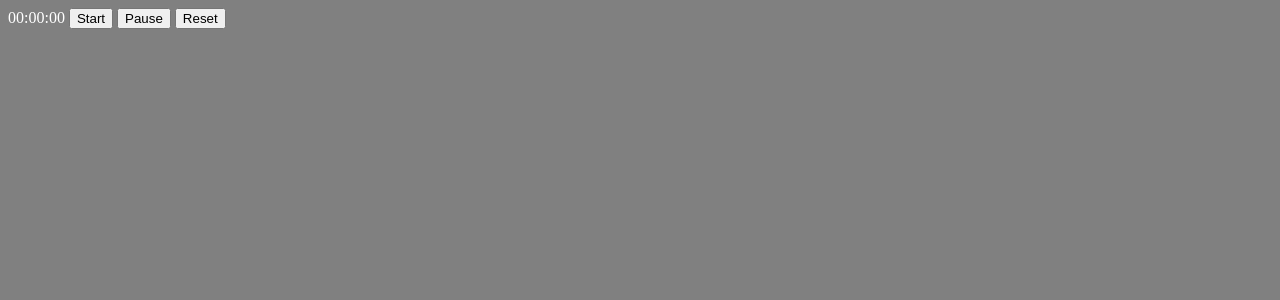
Repository: albinsabu2023/Stopwatch-program
Page: index.html
The author's editor kept a copy of each file at every save. The page is drawn from the files as they stood at one save, then again after the next save.
The browser window is 1280 px wide. The pictures show the whole page.

Above is the page before, as saved 2023-03-03 23:08:57.

### index.html
<!DOCTYPE html>

<head>
    <meta charset="UTF-8">
    <meta http-equiv="X-UA-Compatible" content="IE=edge">
    <meta name="viewport" content="width=device-width, initial-scale=1.0">
    <link rel="stylesheet" href="style.css">
    <title>Document</title>
</head>
<body>
    <div class="container">
        <label id="time">00:00:00</label>
        <button id="start">Start</button>
        <button id="pause">Pause</button>
        <button id="reset">Reset</button>
    </div>
    <script src="index.js"></script>
</body>
</html>

### style.css
body{
color:white;
background-color: gray;
}

#canvas{
    border:1px solid black;
    background-color: white;
    margin: 40px;

}

Loaded but not shown: index.js (no stored copy; drawn as an empty file)

After the next save:
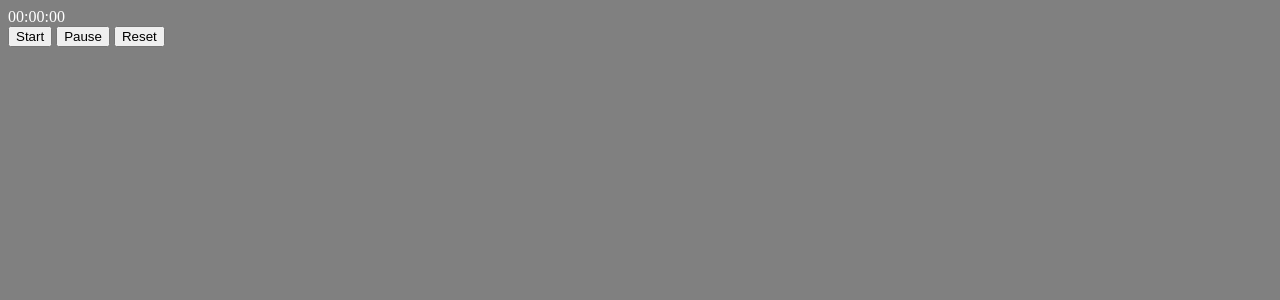
Saved 6 s later.
--- a/index.html
+++ b/index.html
@@ -9,7 +9,7 @@
 </head>
 <body>
     <div class="container">
-        <label id="time">00:00:00</label>
+        <label id="time">00:00:00</label><br>
         <button id="start">Start</button>
         <button id="pause">Pause</button>
         <button id="reset">Reset</button>
